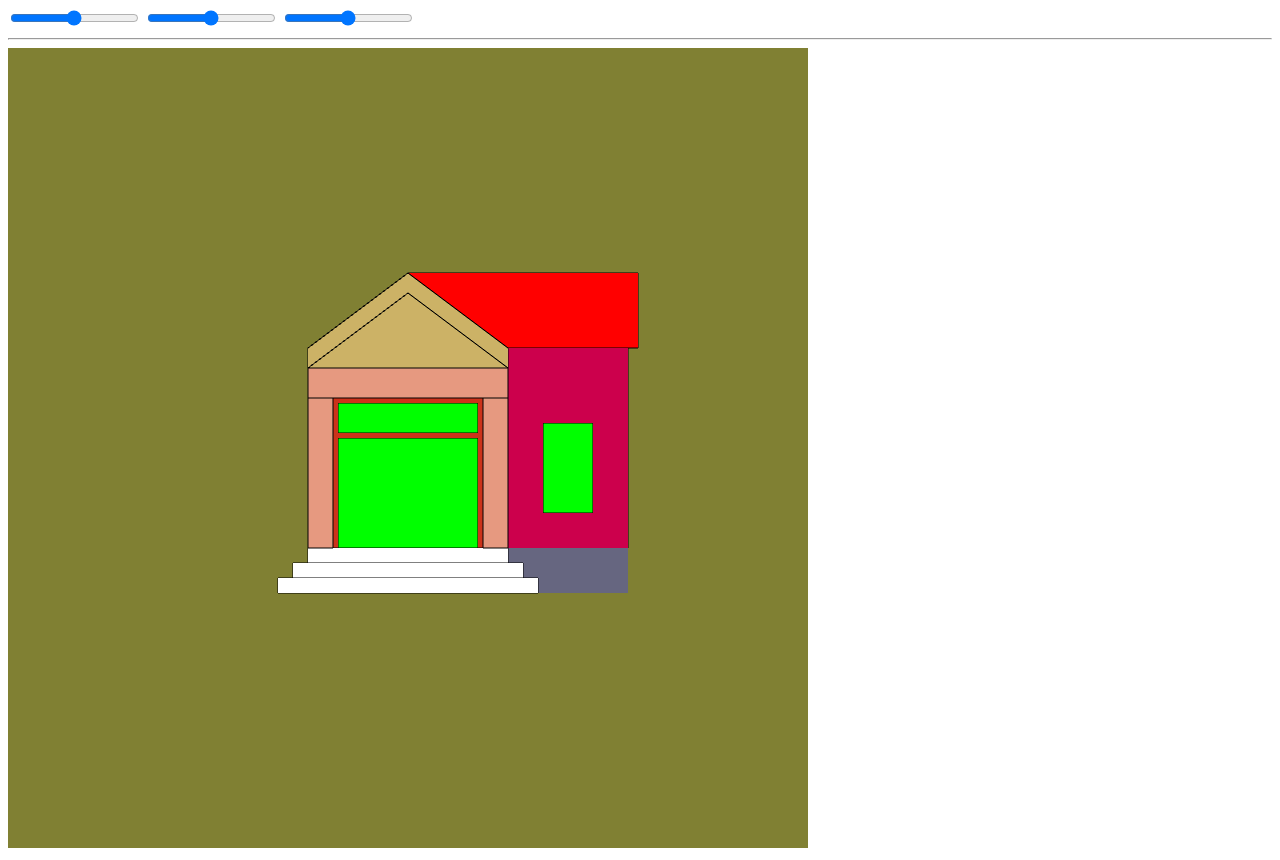
Repository: JoinGame-A36664/Build-House-WebGL
Page: index.html
These files come from the project's save history. The page is drawn as it stood at one moment and after a run of saves; the edit follows.
The browser window is 1280 px wide. The pictures show the whole page.

Above is the page before, as saved 2021-10-24 23:42:57.
Console error: ReferenceError: program is not defined

After the next 2 saves:
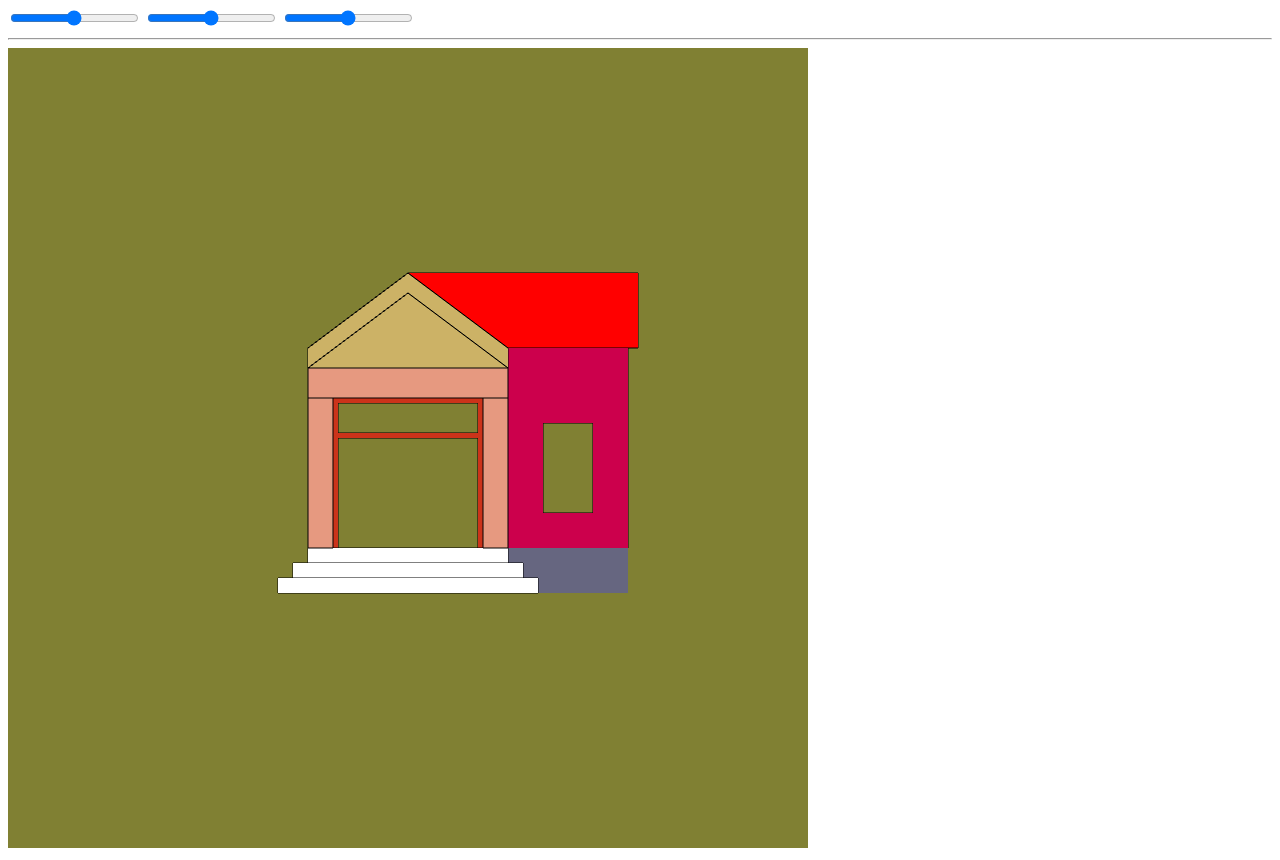
The 2 saves are shown as one change because they came seconds apart.
The last was saved 8 s later.
--- a/Bietthu1.js
+++ b/Bietthu1.js
@@ -216,10 +216,10 @@ function buildHouse(program, vertices, vertexColors) // Truyền vào những g
                     wall(program, vertices[47], vertices[52], vertices[53], vertices[48], vertexColors[5]);
                     wall(program, vertices[42], vertices[43], vertices[45], vertices[53], vertexColors[5]);
 
-                    wall(program, vertices[45], vertices[51], vertices[55], vertices[45], vertexColors[4]);
-                    wall(program, vertices[50], vertices[51], vertices[45], vertices[44], vertexColors[4]);
-
-                    wall(program, vertices[28], vertices[29], vertices[50], vertices[51], vertexColors[3]);
+                    // wall(program, vertices[45], vertices[51], vertices[55], vertices[45], vertexColors[4]);
+                    // wall(program, vertices[50], vertices[51], vertices[45], vertices[44], vertexColors[4]);
+
+                    // wall(program, vertices[28], vertices[29], vertices[50], vertices[51], vertexColors[3]);
 
 
                     wall(program, vertices[11], vertices[54], vertices[43], vertices[13], vertexColors[1]);
@@ -232,8 +232,8 @@ function buildHouse(program, vertices, vertexColors) // Truyền vào những g
                     wall(program, vertices[64], vertices[2], vertices[7], vertices[63], vertexColors[6]);
                     wall(program, vertices[65], vertices[66], vertices[67], vertices[68], vertexColors[6]);
 
-                    // wall(program, vertices[69], vertices[70], vertices[30], vertices[29], vertexColors[0]);
-                    // wall(program, vertices[29], vertices[30], vertices[44], vertices[50], vertexColors[0]);
+                    wall(program, vertices[69], vertices[70], vertices[30], vertices[29], vertexColors[0]);
+                    wall(program, vertices[29], vertices[30], vertices[44], vertices[50], vertexColors[0]);
 
                     wall(program, vertices[69], vertices[71], vertices[74], vertices[70], vertexColors[7]);
                     wall(program, vertices[5], vertices[73], vertices[74], vertices[70], vertexColors[7]);
